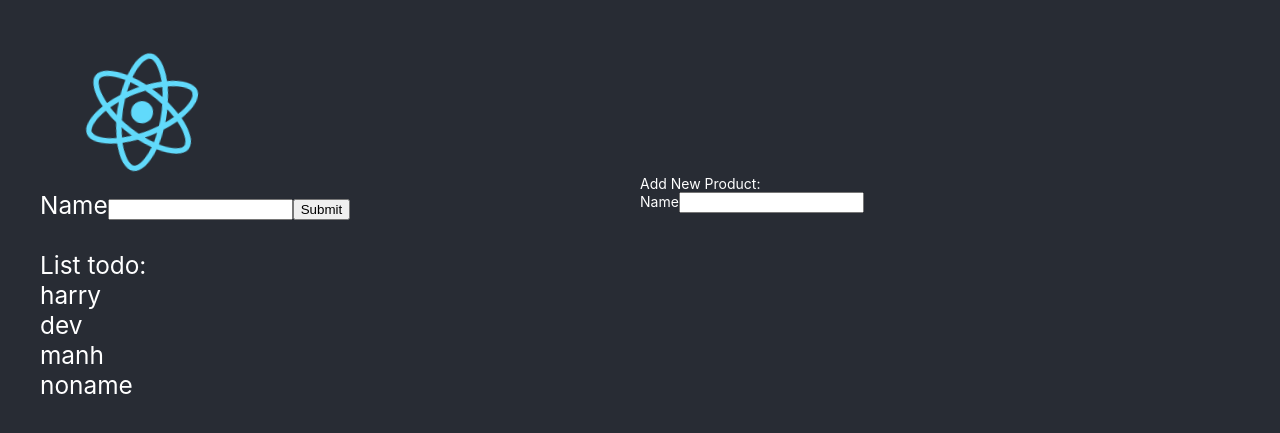
Repository: minh66hn/base-react-hook
Page: /
An editor plug-in stored every save of this project. The page is shown before and after a run of saves, followed by the edit.
The browser window is 1280 px wide. The pictures show the whole page.
The project was rebuilt for these pictures with package versions that can differ from the ones it lists, and the page was loaded fresh each time.

Above is the page before, as saved 2022-04-18 20:24:12.

### src/App.js
import "./App.css";
import logo from "./logo.svg";

import Home from "./components/Home";
import AddNewProduct from "./components/AddNewProduct";

function App() {
  return (
    <div className="App">
      <header className="App-header content-left">
        <img src={logo} className="App-logo" alt="logo" />
        <Home></Home>
      </header>
      <div className="content-right">
        <AddNewProduct />
      </div>
    </div>
  );
}

export default App;

### src/App.css
.App {
  padding: 40px;
  background-color: #282c34;
  height: calc(100vh - 80px);
  font-size:14px;
  display: flex;
}

.App-logo {
  height: 20vmin;
  pointer-events: none;
}

@media (prefers-reduced-motion: no-preference) {
  .App-logo {
    animation: App-logo-spin infinite 20s linear;
  }
}

.App-header {
  /* min-height: 100vh; */
  /* display: flex;
  flex-direction: column; */
  /* align-items: center;
  justify-content: center; */
  font-size: calc(10px + 2vmin);
  color: white;
  /* border: 1px solid green; */
  width: 50%;
}
.content-left{
  width:50%;
}
.content-right{
  /* border: 1px solid red; */
  width: 50%;
  margin-top:135px;
  color: white;

}
.App-link {
  color: #61dafb;
}

@keyframes App-logo-spin {
  from {
    transform: rotate(0deg);
  }
  to {
    transform: rotate(360deg);
  }
}
/* img {
  display: block;
  max-width: 100%;
}
.youtube-list {
  display: grid;
  grid-template-columns: repeat(4, 2fr);
  grid-gap: 25px;
  padding: 25px;
}
.youtube-image {
  height: 250px;
  margin-bottom: 15px;
}
.youtube-image img {
  width: 100%;
  height: 100%;
  object-fit: cover;
}
.youtube-footer {
  display: flex;
  align-items: flex-start;
  gap: 0 20px;
}
.youtube-avatar {
  width: 50px;
  height: 50px;
  border-radius: 100rem;
  object-fit: cover;
  flex-shrink: 0;
}
.youtube-title {
  font-size: 18px;
  margin-bottom: 10px;
}
.youtube-author {
  font-size: 14px;
  color: #999;
  font-weight: 300;
} */

### src/components/Home.js
import React from "react";
import { useState } from "react";
import AddTodo from "./AddTodo";
import DisplayListTodo from "./DisplayListTodo";
const Home = () => {
  const [todo, setTodo] = useState("");
  const randomIntFromInterval = (min, max) => {
    // min and max included
    return Math.floor(Math.random() * (max - min + 1) + min);
  };

  const [listTodo, setListTodo] = useState([
    { id: 1, name: "harry" },
    { id: 2, name: "dev" },
    { id: 3, name: "manh" },
    { id: 4, name: "noname" },
  ]);
  const handleDeleteBtn = (id) => {
    alert(`you deleted item by id:${id}`);
    let updateListTodo = listTodo.filter((item) => item.id !== id);
    setListTodo(updateListTodo);
  };
  const handleClickbtn = (todo) => {
    const todoItem = {
      id: randomIntFromInterval(5, 999),
      name: todo,
    };
    console.log(listTodo);
    if (!todo) {
      alert("please enter todo");
      return 0;
    }
    //catch1
    // let curentTodo = listTodo;
    // curentTodo.push(todoItem);
    // setListTodo(curentTodo);
    //catch2
    setListTodo([...listTodo, todoItem]);
    setTodo("");
  };

  return (
    <div>
      <AddTodo handleClickbtn={handleClickbtn} todo={todo} setTodo={setTodo} />
      <DisplayListTodo childData={listTodo} handleDeleteBtn={handleDeleteBtn} />
    </div>
  );
};

export default Home;

### src/components/AddNewProduct.js
import React from "react";

const AddNewProduct = () => {
  return (
    <div>
      Add New Product:
      <div className="input-product">
        <label>Name</label>
        <input type="text" />
      </div>
    </div>
  );
};

export default AddNewProduct;

### src/components/AddTodo.js
import React from "react";

const AddTodo = (props) => {
  const { handleClickbtn, todo, setTodo } = props;
  return (
    <div>
      <label>Name</label>
      <input
        type="text"
        value={todo}
        onChange={(event) => {
          console.log("check event:", event);
          setTodo(event.target.value);
        }}
      />
      <button
        type="button"
        onClick={() => {
          handleClickbtn(todo);
        }}
      >
        Submit
      </button>
      <br />
      <br />
    </div>
  );
};

export default AddTodo;

### src/components/DisplayListTodo.js
import React from "react";

const DisplayListTodo = (props) => {
  const listData = props.childData;
  const handleDeleteBtn = (id) => {
    props.handleDeleteBtn(id);
  };
  return (
    <div>
      <div>List todo:</div>
      {listData.map((item) => {
        console.log(item);
        return (
          <div
            key={item.id}
            onClick={() => {
              handleDeleteBtn(item.id);
            }}
          >
            {item.name}
          </div>
        );
      })}
    </div>
  );
};

export default DisplayListTodo;

Loaded but not shown: public/index.html (common file); src/index.js (common file); src/index.css (common file); src/reportWebVitals.js (common file)

After the next 2 saves:
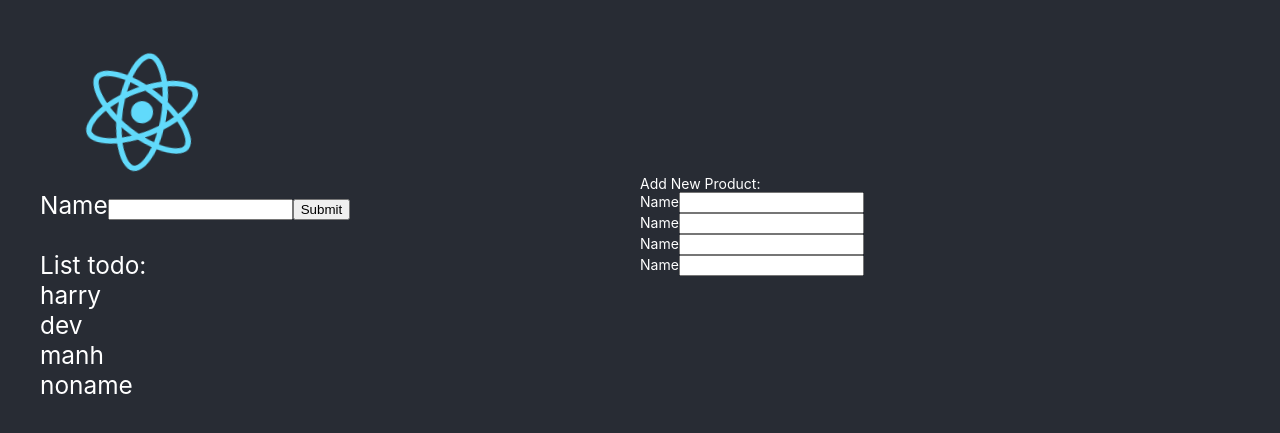
The 2 saves are shown as one change because they came seconds apart.
The last was saved 16 s later.
--- a/src/components/AddNewProduct.js
+++ b/src/components/AddNewProduct.js
@@ -8,6 +8,18 @@
         <label>Name</label>
         <input type="text" />
       </div>
+      <div className="input-product">
+        <label>Name</label>
+        <input type="text" />
+      </div>
+      <div className="input-product">
+        <label>Name</label>
+        <input type="text" />
+      </div>
+      <div className="input-product">
+        <label>Name</label>
+        <input type="text" />
+      </div>
     </div>
   );
 };
